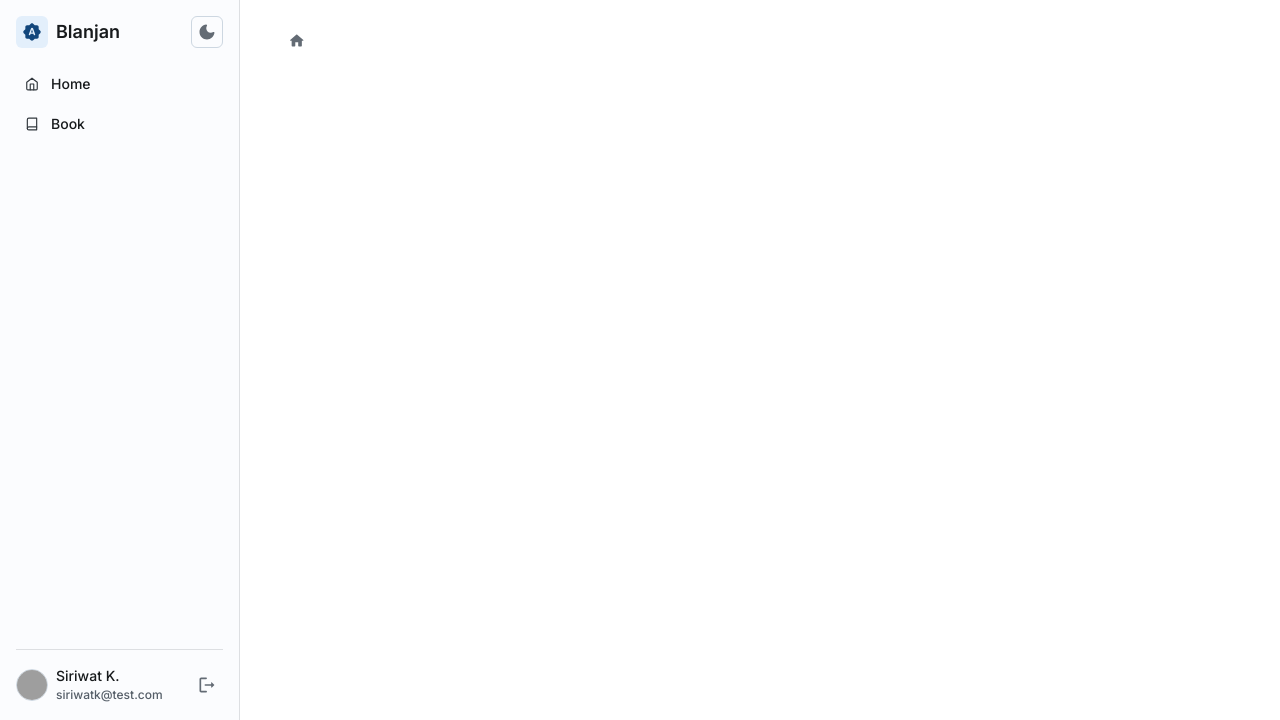
Repository: LaurentiusKevin/bookstore-fe
Page: /
These files come from the project's save history. The page is drawn as it stood at one moment and after the next save; the edit follows.
The browser window is 1280 px wide. The pictures show the whole page.
Pictures or frames that could not be fetched are drawn as grey boxes. The project was rebuilt for these pictures with package versions that can differ from the ones it lists, and the page was loaded fresh each time. The framework's server and built-in components were replaced by stand-ins that run in the browser. Also part of the build but not shown: next.config.mjs.

Above is the page before, as saved 2024-04-07 03:57:12.

After the next save:
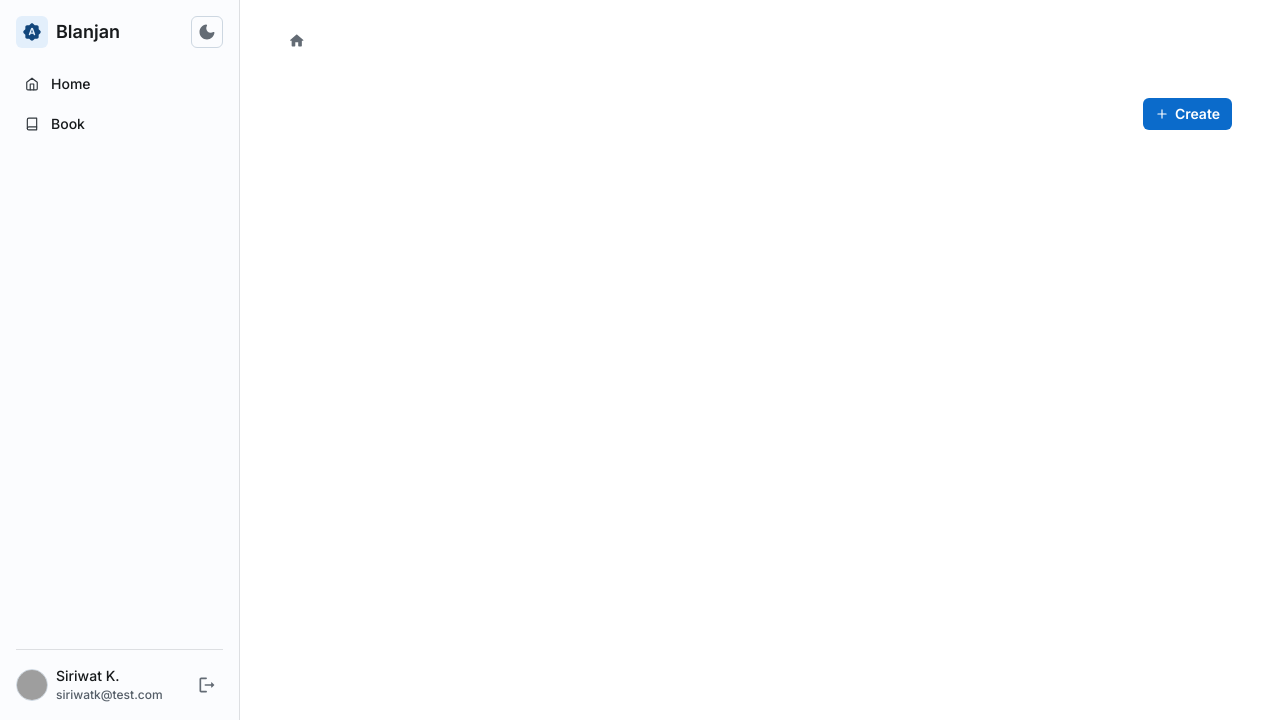
Saved 28 s later.
--- a/src/app/page.tsx
+++ b/src/app/page.tsx
@@ -1,8 +1,28 @@
 "use client";
 
 import AdminLayout from "@/components/admin/admin-layout";
-import { Box } from "@mui/joy";
+import { Box, Button } from "@mui/joy";
+import { FiPlus } from "react-icons/fi";
 
 export default function Home() {
-  return <AdminLayout></AdminLayout>;
+  return (
+    <AdminLayout>
+      <Box
+        sx={{
+          display: "flex",
+          justifyContent: "right",
+        }}
+      >
+        <Button
+          component="a"
+          color="primary"
+          startDecorator={<FiPlus />}
+          size="sm"
+          // onClick={() => setIsOpenDrawer(true)}
+        >
+          Create
+        </Button>
+      </Box>
+    </AdminLayout>
+  );
 }
